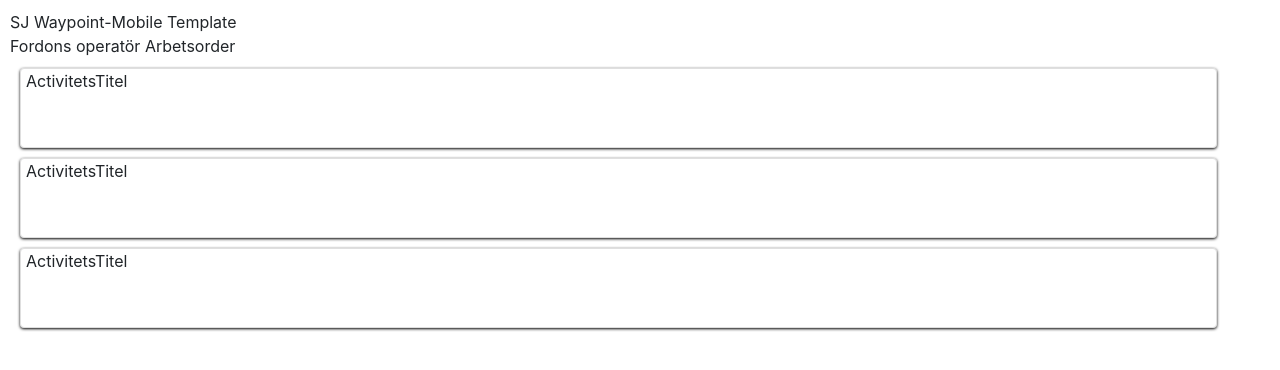
Repository: AdrianaLarsson/yarn-next-typescript
Page: /
An editor plug-in stored every save of this project. The page is shown before and after a run of saves, followed by the edit.
The browser window is 1280 px wide. The pictures show the whole page.
The project was rebuilt for these pictures with package versions that can differ from the ones it lists, and the page was loaded fresh each time. The framework's server and built-in components were replaced by stand-ins that run in the browser.

Above is the page before, as saved 2021-02-28 11:21:53.

### pages/_app.tsx
// Functionality
import type { AppProps } from 'next/app';
import Head from 'next/head';

// Styling
import 'bootstrap/dist/css/bootstrap.min.css';
import GlobalStyle from '../styles/Globals';
import { sjTheme } from '../styles/Theme';
import { ThemeProvider } from 'styled-components';

// Utils
import GlobalContext from '../components/particles/GlobalContext';

function MyApp({ Component, pageProps }: AppProps): JSX.Element {
  return (
    <>
      <Head>
        <title>SJ Template uhdiuasuasuash</title>
        <meta
          name="viewport"
          content="initial-scale=1.0, width=device-width"
          key="viewport"
        />
        <link rel="favicon" href="/favicon.ico" />
      </Head>
      <GlobalStyle />
      <ThemeProvider theme={sjTheme}>
        <GlobalContext.Provider value={'Context test value'}>
          <Component {...pageProps} />
        </GlobalContext.Provider>
      </ThemeProvider>
    </>
  );
}

export default MyApp;

### pages/index.tsx
// Functionality
import { GetServerSideProps, GetServerSidePropsContext } from 'next';
import VehicleOpreator from '../components/WorkOrderVehicleOperator/vehicleopreator';
import GlobalStyle from '../styles/Globals'
interface serverSideProps {
  dummyPropsValue: string;
}

const Index = (props: serverSideProps): JSX.Element => {
  return (
    <div>
      <main>
        <div>SJ Waypoint-Mobile Template</div>
        <VehicleOpreator/>
        <div>
        </div>
      </main>
    </div>
  );
};

export const getServerSideProps: GetServerSideProps = async (
  context: GetServerSidePropsContext
) => {
  return {
    props: {
      dummyPropsValue: context.resolvedUrl
    }
  };
};

export default Index;

### styles/Globals.ts
import { createGlobalStyle } from 'styled-components';

export default createGlobalStyle`
    body,
    container {
      padding: 10px;
      display: center;
      flex-direction: column;
      align-items: center;
    },
    html {
        padding: 0;
        margin: 0;
        font-family: "-apple-system", "BlinkMacSystemFont", "Segoe UI", "Roboto",
            "Oxygen", "Ubuntu", "Cantarell", "Fira Sans", "Droid Sans", "Helvetica Neue",
            "sans-serif";
        height: 1px;
        margin: auto;
    }
    a {
        color: inherit;
        text-decoration: none;
    }
    * {
        -webkit-box-sizing: border-box;
        box-sizing: border-box;
    }
`;

### styles/Theme.ts
import { DefaultTheme } from 'styled-components';

const sjTheme: DefaultTheme = {
  colors: {
    main: 'black',
    secondary: 'gray'
  }
};

export { sjTheme };

### components/particles/GlobalContext.tsx
import { createContext } from 'react';

const GlobalContext = createContext(null);

export default GlobalContext;

### components/WorkOrderVehicleOperator/vehicleopreator.tsx
import React from 'react'
import StyledCard from '../organisms/Card/Card'

function vehicleOpreator() {
    return (
        <div>
            Fordons operatör Arbetsorder
         <StyledCard>
             ActivitetsTitel
         </StyledCard>
         <StyledCard>
             ActivitetsTitel
         </StyledCard>
         <StyledCard>
             ActivitetsTitel
         </StyledCard>
        </div>
    )
}

export default vehicleOpreator

### components/organisms/Card/Card.tsx
//Components
import Card from 'react-bootstrap/Card';
//Packages
import styled from 'styled-components/'

const StyledCard = styled(Card)`
display: flex;
height: 5em;
width: 95%;
margin: 10px;
padding-left: 5px;
background-color: rgba(0,0,0,0.0);
box-shadow: 0 1px 3px 0 rgba(1, 1.1, 1, 1.4);
border-radius: 4px;

`;
export default StyledCard;

After the next 2 saves:
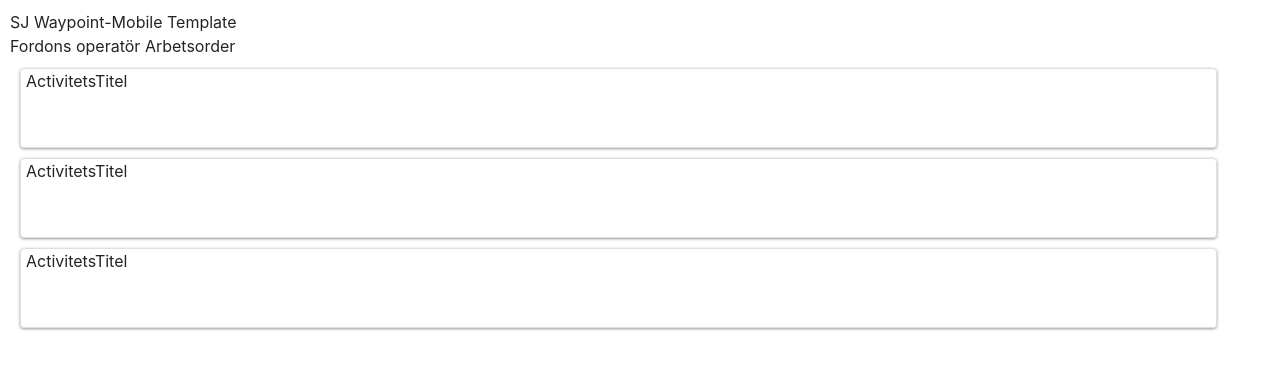
The 2 saves are shown as one change because they came seconds apart.
The last was saved 8 s later.
--- a/components/organisms/Card/Card.tsx
+++ b/components/organisms/Card/Card.tsx
@@ -10,7 +10,7 @@ width: 95%;
 margin: 10px;
 padding-left: 5px;
 background-color: rgba(0,0,0,0.0);
-box-shadow: 0 1px 3px 0 rgba(1, 1.1, 1, 1.4);
+box-shadow: 0 1px 3px 0 rgba(1, 1.1, 1, 0.4);
 border-radius: 4px;
 
 `;
